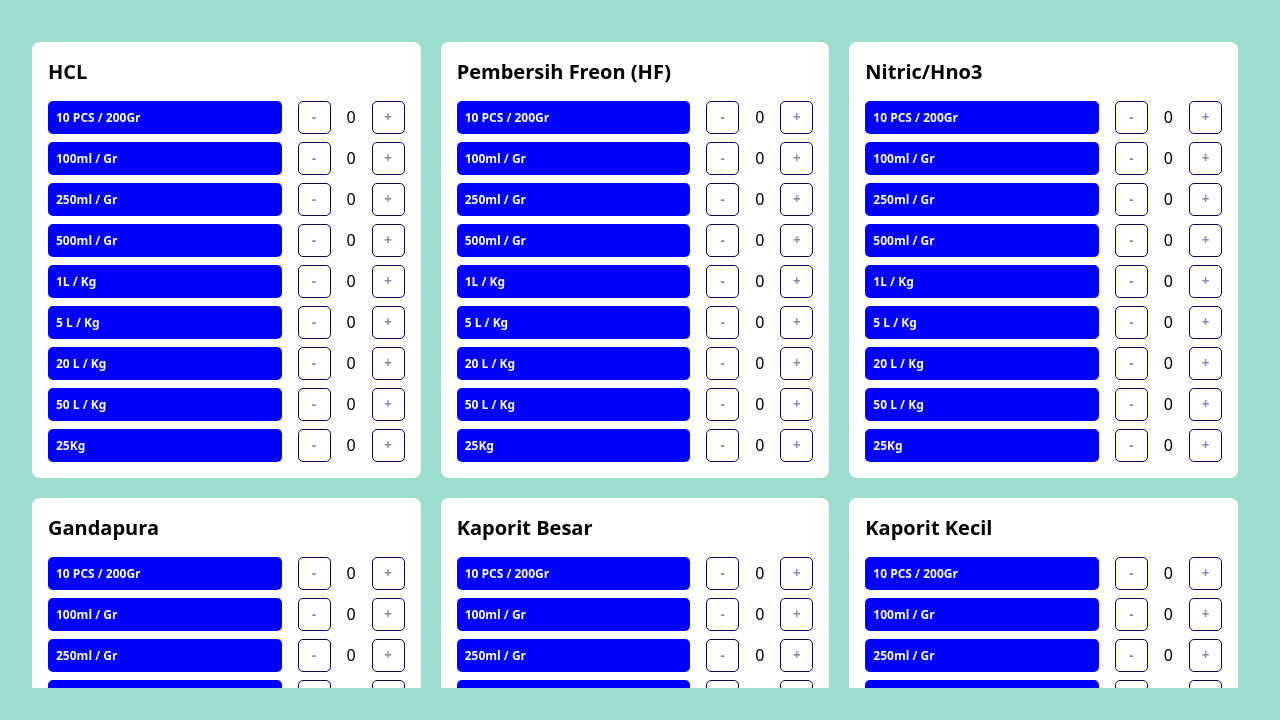
Repository: zuraniumlab-design/upstock-amsk
Page: /
These files come from the project's save history. The page is drawn as it stood at one moment and after the next save; the edit follows.
The browser window is 1280 px wide. The pictures show the whole page.
An inner scrolling area shows only its first screen. The project was rebuilt for these pictures with package versions that can differ from the ones it lists, and the page was loaded fresh each time. Also part of the build but not shown: vite.config.js.

Above is the page before, as saved 2026-06-18 17:00:15.

After the next save:
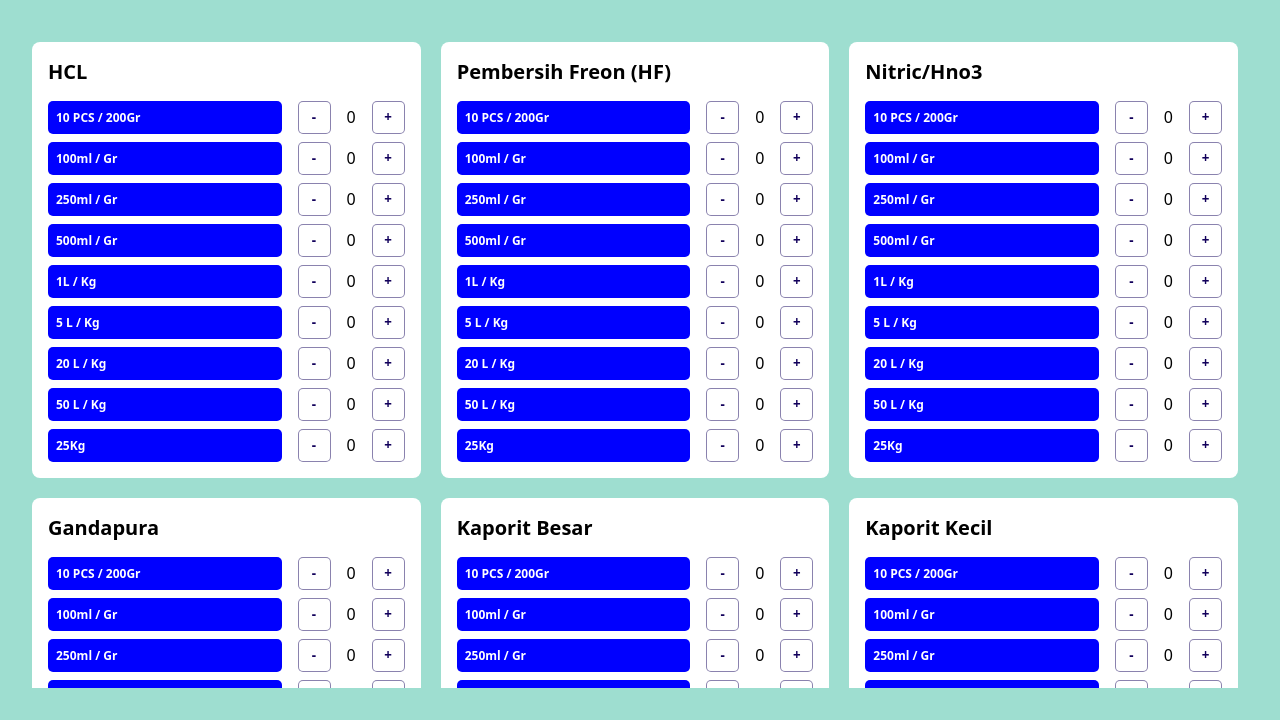
Saved 11 s later.
--- a/src/App.module.css
+++ b/src/App.module.css
@@ -78,7 +78,7 @@
 }
 .stock button {
   background-color: #fff;
-  border: 1px solid #12005b;
+  border: 1px solid #12005b7d;
   height: 100%;
   aspect-ratio: 1 / 1;
   border-radius: 5px;
@@ -86,6 +86,6 @@
   align-items: center;
   justify-content: center;
   font-weight: bold;
-  color: #12005b79;
+  color: #12005b;
   cursor: pointer;
 }
